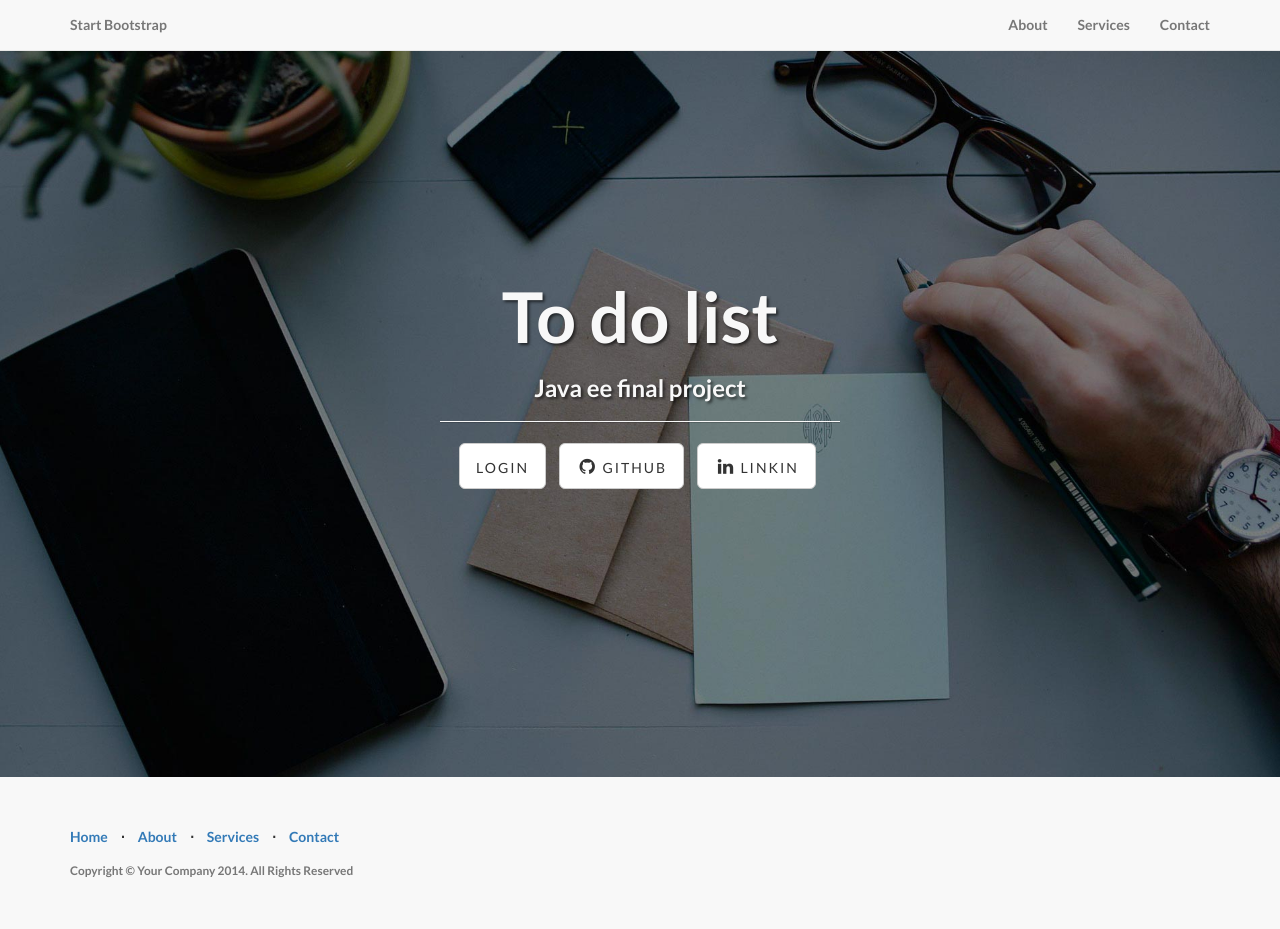
Repository: moshe31sh/Java_ee_final_project_todo_list
Page: Toto_list_final_project/WebContent/welcome.html
The author's editor kept a copy of each file at every save. The page is drawn from the files as they stood at one save, then again after the next save.
The browser window is 1280 px wide. The pictures show the whole page.

Above is the page before, as saved 2016-01-24 16:39:42.

After the next save:
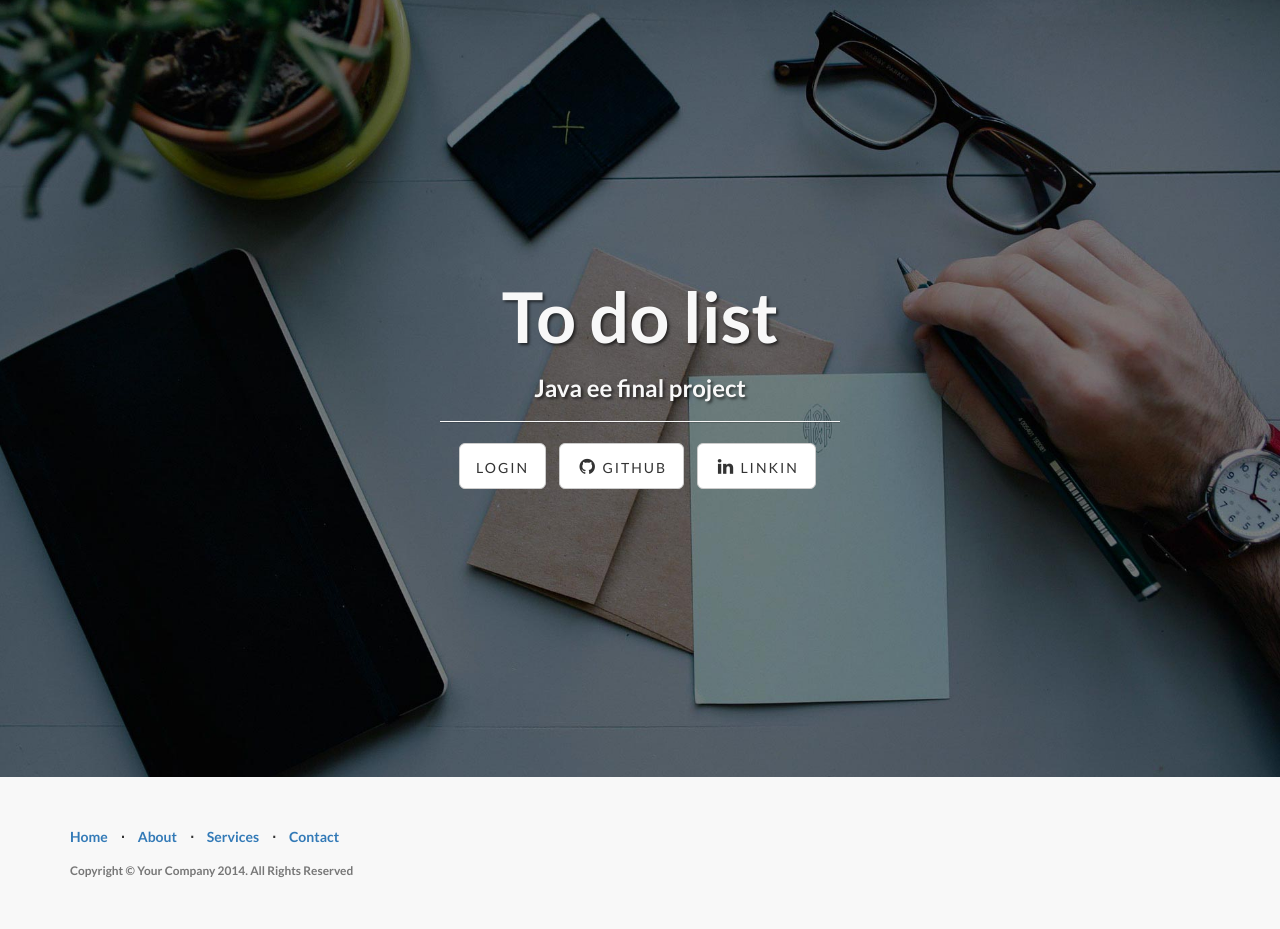
Saved 2 min 13 s later.
--- a/Toto_list_final_project/WebContent/welcome.html
+++ b/Toto_list_final_project/WebContent/welcome.html
@@ -31,40 +31,6 @@
 </head>
 
 <body>
-
-    <!-- Navigation -->
-    <nav class="navbar navbar-default navbar-fixed-top topnav" role="navigation">
-        <div class="container topnav">
-            <!-- Brand and toggle get grouped for better mobile display -->
-            <div class="navbar-header">
-                <button type="button" class="navbar-toggle" data-toggle="collapse" data-target="#bs-example-navbar-collapse-1">
-                    <span class="sr-only">Toggle navigation</span>
-                    <span class="icon-bar"></span>
-                    <span class="icon-bar"></span>
-                    <span class="icon-bar"></span>
-                </button>
-                <a class="navbar-brand topnav" href="#">Start Bootstrap</a>
-            </div>
-            <!-- Collect the nav links, forms, and other content for toggling -->
-            <div class="collapse navbar-collapse" id="bs-example-navbar-collapse-1">
-                <ul class="nav navbar-nav navbar-right">
-                    <li>
-                        <a href="#about">About</a>
-                    </li>
-                    <li>
-                        <a href="#services">Services</a>
-                    </li>
-                    <li>
-                        <a href="#contact">Contact</a>
-                    </li>
-                </ul>
-            </div>
-            <!-- /.navbar-collapse -->
-        </div>
-        <!-- /.container -->
-    </nav>
-
-
     <!-- Header -->
     <a name="about"></a>
     <div class="intro-header">
